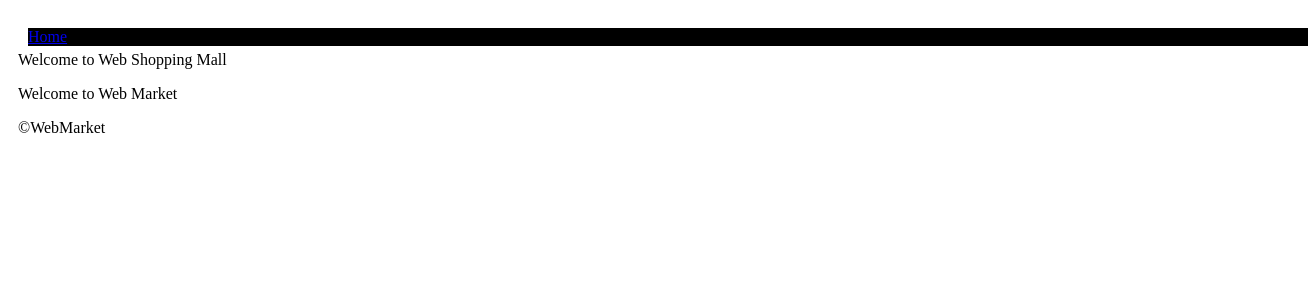
Repository: JuHyeon-S/21-1-Web-Back-end_Programming
Page: http://localhost/week07_20185135/work05_20185135.jsp
An editor plug-in stored every save of this project. The page is shown before and after a run of saves, followed by the edit.
The browser window is 1280 px wide. The page is 1308 px wide, so the pictures cover 1308 px, including what lies to the right of the window. The pictures show the whole page.
The page is served by Tomcat 9.

Above is the page before, as saved 2021-04-15 03:01:53.

After the next 2 saves:
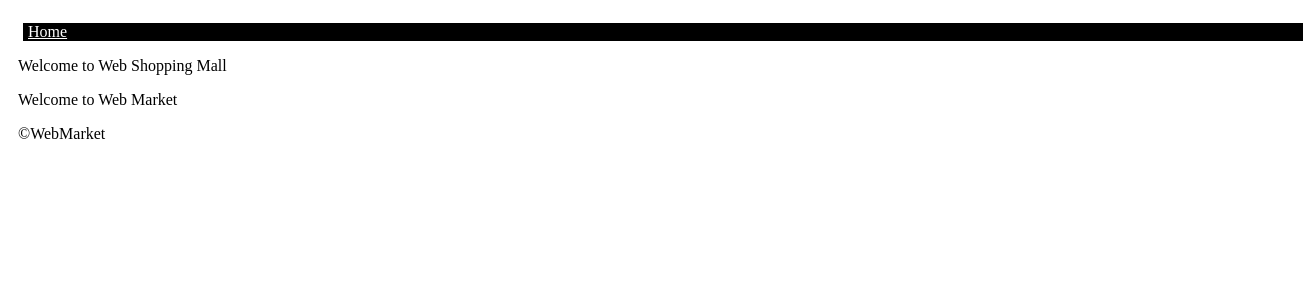
The 2 saves are shown as one change because they came seconds apart.
The last was saved 30 s later.
--- a/week07/week07_20185135/src/main/webapp/work05_20185135_css.css
+++ b/week07/week07_20185135/src/main/webapp/work05_20185135_css.css
@@ -18,6 +18,5 @@ body {
 	heigth: 50px;
 	background-color: black;
 	margin:5px;
-	float: left;
-
+	color: white;
 }
